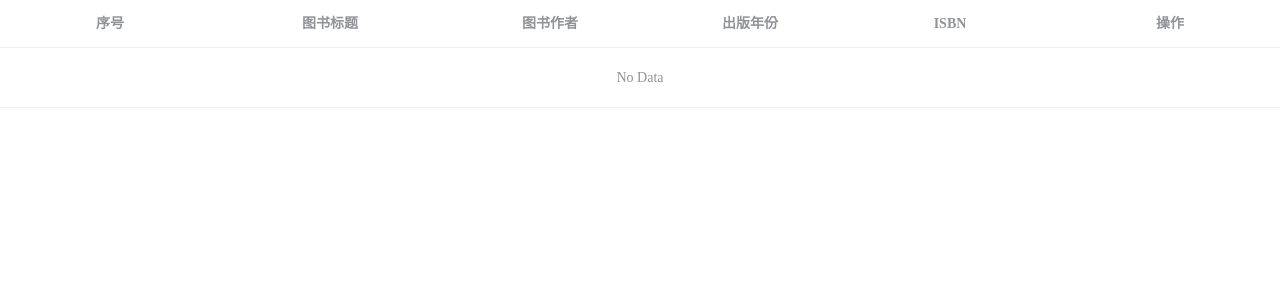
Repository: jacklihy/capgeminitestfrontend
Page: /
An editor plug-in stored every save of this project. The page is shown before and after the next save, followed by the edit.
The browser window is 1280 px wide. The pictures show the whole page.
The page's requests for data from a server got no answer. The project was rebuilt for these pictures with package versions that can differ from the ones it lists, and the page was loaded fresh each time. No one was signed in, and anything a server would have sent is missing. Also part of the build but not shown: vue.config.js.

Above is the page before, as saved 2024-03-08 15:06:52.

After the next save:
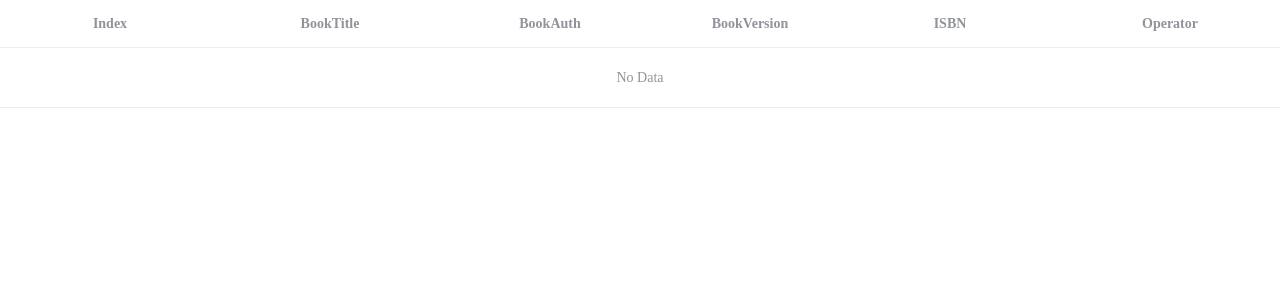
Saved 2 min 57 s later.
--- a/src/components/book.vue
+++ b/src/components/book.vue
@@ -2,14 +2,14 @@
   <div class="app-container">
     <el-table :data="bookList" >
         <!-- <el-table-column type="selection" width="55" align="center" /> -->
-        <el-table-column label="序号" align="center" prop="bookId" />
-        <el-table-column label="图书标题" align="center" prop="bookTitle" />
-        <el-table-column label="图书作者" align="center" prop="bookAuth" />
+        <el-table-column label="Index" align="center" prop="bookId" />
+        <el-table-column label="BookTitle" align="center" prop="bookTitle" />
+        <el-table-column label="BookAuth" align="center" prop="bookAuth" />
   <!--      <el-table-column label="图书内容" align="center" prop="bookContent" />-->
-        <el-table-column label="出版年份" align="center" prop="bookversionDate" width="180">
+        <el-table-column label="BookVersion" align="center" prop="bookversionDate" width="180">
         </el-table-column>
         <el-table-column label="ISBN" align="center" prop="bookIsbn" />
-        <el-table-column label="操作" align="center" class-name="small-padding fixed-width">
+        <el-table-column label="Operator" align="center" class-name="small-padding fixed-width">
           <template slot-scope="scope">
             <el-button
               size="mini"
@@ -17,14 +17,14 @@
               icon="el-icon-edit"
               @click="handleUpdate(scope.row)"
 
-            >修改</el-button>
+            >Modify</el-button>
             <el-button
               size="mini"
               type="text"
               icon="el-icon-delete"
               @click="handleDelete(scope.row)"
 
-            >删除</el-button>
+            >Delete</el-button>
           </template>
         </el-table-column>
       </el-table>
